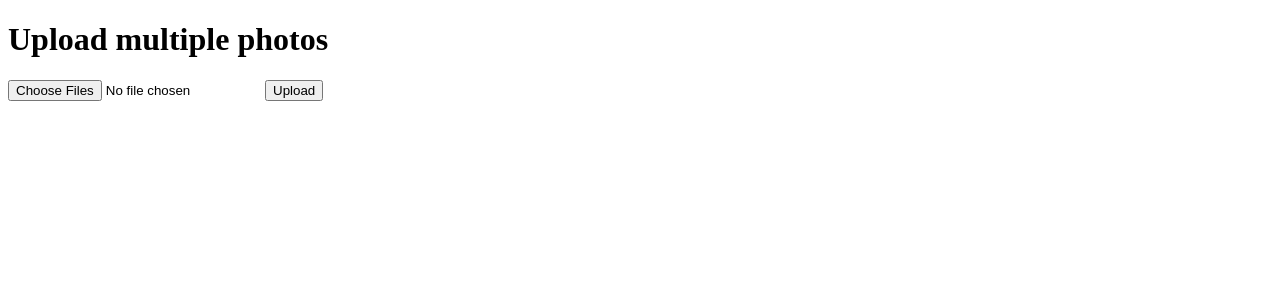
Repository: Mesablip/Mesablip.github.io
Page: http://localhost/
The author's editor kept a copy of each file at every save. The page is drawn from the files as they stood at one save, then again after the next save.
The browser window is 1280 px wide. The pictures show the whole page.
The page is served by the project's application, run on Flask 3 (backend.py).

Above is the page before, as saved 2023-09-04 23:18:02.

### templates/frontend.html
<!DOCTYPE html>
<html>
<head>
  <title>Photo Upload</title>
</head>
<body>

<h1>Upload multiple photos</h1>

<form enctype="multipart/form-data" action="" method="post" id="upload-form">
  <input tyoe
  <input type="file" name="photos" multiple id="photos-input">
  <input type="button" value="Upload" onclick="uploadPhotos()">
</form>

<script>
  async function uploadPhotos() {
    const input = document.getElementById('photos-input');
    const files = input.files;
    const formData = new FormData();
    //const userID = document.getElementById('user-id').value;
    const gameID = document.getElementById('game-id').value;

    for (let i = 0; i < files.length; i++) {
      formData.append('photos', files[i]);
    }

    //formData.append('user_id', userId);

    const response = await fetch('http://localhost:5000/upload', {
      method: 'POST',
      body: formData
    });

    const data = await response.json();
    console.log(data);
  }
</script>

</body>
</html>

### backend.py
from flask import Flask, render_template, request, jsonify
from PIL import Image, ImageOps
import io
import json
import requests

app = Flask(__name__)

@app.route('/')
def index():
    return render_template('frontend.html')

@app.route('/upload', methods=['POST'])
def upload_file():
    #user_id = request.form.get('user_id')
    uploaded_files = request.files.getlist('photos')

    for file in uploaded_files:
        # Convert the uploaded file to a PIL Image object
        image = Image.open(io.BytesIO(file.read()))

        # Perform the image transformations here
        fixed_image = ImageOps.exif_transpose(image)

        byte_arr = io.BytesIO()

        fixed_image.save(byte_arr, format='JPEG')
        byte_arr.seek(0)

        files = {"backgroundPicture": ("279EF96B-957C-4E96-BF86-273586D3B112.JPG", byte_arr, "image/jpeg")}
        post_data = json.loads(requests.get('https://scorestream.com/api?request=%7B%22method%22:%22games.posts.add%22,%22params%22:%7B%22accessToken%22:%2267556df4-85ad-48f3-8e51-418a9d5af78d%22,%22gameId%22:4694439,%22userText%22:%22Hey%22%7D%7D', files=files).text)
        print(post_data)
    return jsonify({"message": "Files processed successfully"}), 200

if __name__ == '__main__':
    app.run(debug=True)

After the next save:
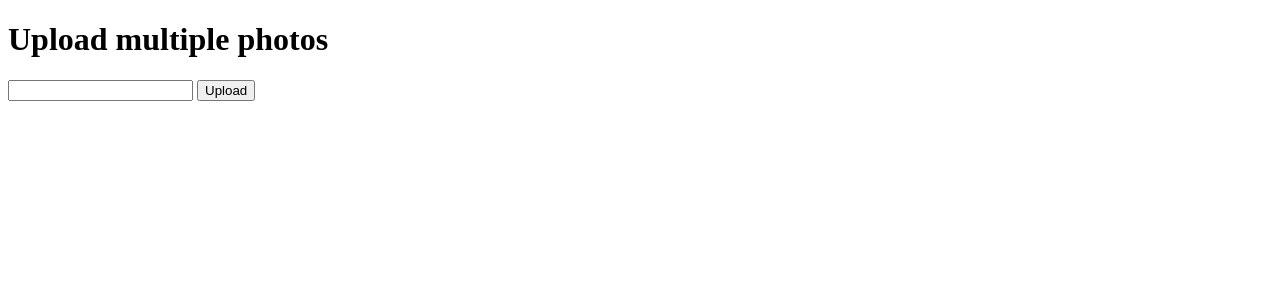
Saved 4 s later.
--- a/templates/frontend.html
+++ b/templates/frontend.html
@@ -8,7 +8,7 @@
 <h1>Upload multiple photos</h1>
 
 <form enctype="multipart/form-data" action="" method="post" id="upload-form">
-  <input tyoe
+  <input type=""
   <input type="file" name="photos" multiple id="photos-input">
   <input type="button" value="Upload" onclick="uploadPhotos()">
 </form>
